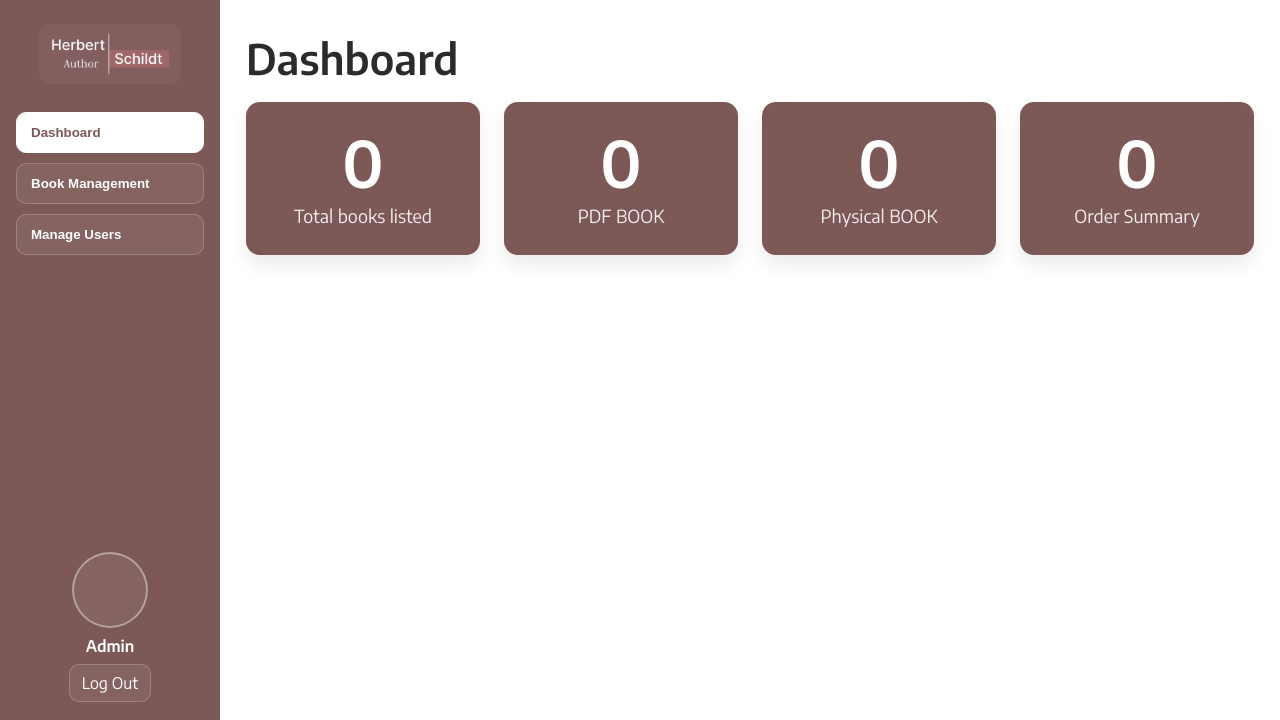
Repository: Darkrepo23/Author-Website-
Page: pages/Admin/admin.html
An editor plug-in stored every save of this project. The page is shown before and after the next save, followed by the edit.
The browser window is 1280 px wide. The pictures show the whole page.
The page's requests for data from a server got no answer.

Above is the page before, as saved 2025-09-11 08:15:57.

### pages/Admin/admin.html
<!DOCTYPE html>
<html lang="en">
<head>
  <meta charset="UTF-8" />
  <meta name="viewport" content="width=device-width, initial-scale=1.0" />
  <title>Admin | Herbert Schildt</title>
  <link rel="stylesheet" href="admin.css" />
  <link rel="preload" href="../font/Encode_Sans/static/EncodeSans-Regular.ttf" as="font" type="font/ttf" crossorigin>
  <link rel="preload" href="../font/Encode_Sans/static/EncodeSans-SemiBold.ttf" as="font" type="font/ttf" crossorigin>
</head>
<body>
  <aside class="sidebar">
    <div class="brand">
      <div class="brand-box">
        <img src="Group 10.png" alt="Herbert Schildt" class="brand-logo" />
      </div>
    </div>
    <button class="burger" id="burger" aria-label="Toggle menu">
      <span></span><span></span><span></span>
    </button>
    <nav class="menu">
      <button class="menu-item active" data-target="dashboard">Dashboard</button>
      <button class="menu-item" data-target="books">Book Management</button>
      <button class="menu-item" data-target="users">Manage Users</button>
    </nav>
    <div class="admin-profile">
      <div class="avatar" aria-hidden="true"></div>
      <div class="admin-name">Admin</div>
      <a href="../Login/pages/login.html" class="logout">Log Out</a>
    </div>
  </aside>

  <main class="content">
    <!-- DASHBOARD -->
    <section id="dashboard" class="section visible">
      <h1>Dashboard</h1>
      <div class="cards">
        <div class="card">
          <div class="card-num" id="stat-total-books">0</div>
          <div class="card-label">Total books listed</div>
        </div>
        <div class="card">
          <div class="card-num" id="stat-pdf">0</div>
          <div class="card-label">PDF BOOK</div>
        </div>
        <div class="card">
          <div class="card-num" id="stat-physical">0</div>
          <div class="card-label">Physical BOOK</div>
        </div>
        <div class="card">
          <div class="card-num" id="stat-orders">0</div>
          <div class="card-label">Order Summary</div>
        </div>
      </div>
    </section>

    <!-- BOOK MANAGEMENT -->
    <section id="books" class="section">
      <div class="section-head">
        <h1>Book Management</h1>
        <button class="primary" id="btn-open-add-book">
          <span class="icon-book" aria-hidden="true"></span>
          Add Book
        </button>
      </div>
      <div class="table-wrap">
        <table class="table">
          <thead>
            <tr>
              <th>Book Title</th>
              <th>Category</th>
              <th>Price</th>
              <th>Book Type</th>
              <th>Edit</th>
              <th>Delete</th>
            </tr>
          </thead>
          <tbody id="books-tbody"></tbody>
        </table>
      </div>
    </section>

    <!-- USERS -->
    <section id="users" class="section">
      <h1>Manage Users</h1>
      <div class="table-wrap">
        <table class="table">
          <thead>
            <tr>
              <th>Full Name</th>
              <th>Email</th>
              <th>Purchase Books</th>
              <th>Date Joined</th>
              <th>View</th>
            </tr>
          </thead>
          <tbody id="users-tbody"></tbody>
        </table>
      </div>
    </section>
  </main>

  <!-- Add/Edit Book Modal -->
  <div class="modal" id="book-modal" aria-hidden="true" role="dialog" aria-labelledby="book-modal-title">
    <div class="modal-card">
      <div class="modal-head">
        <h2 id="book-modal-title">Add New Books</h2>
        <button class="icon-close" id="book-modal-close" aria-label="Close"></button>
      </div>
      <div class="modal-body add-book-grid">
        <div class="book-image">
         <div class="img-cover"></div>
          <label class="secondary file-btn">
            <input type="file" id="book-cover" accept="image/*" hidden />
            Upload Image Book
          </label>
          <div class="field">
            <label>Book Type</label>
            <select id="book-type">
              <option value="PDF">PDF BOOK</option>
              <option value="PHYSICAL">PHYSICAL BOOK</option>
            </select>
          </div>
          <label class="secondary file-btn">
            <input type="file" id="book-pdf" accept="application/pdf" hidden />
            Upload PDF
          </label>
          <div class="physical-link">
            <input type="text" placeholder="Paste the website link" id="web-link">
          </div>
        </div>
        <form id="book-form" class="book-form" autocomplete="off">
          <div class="field">
            <label>Title</label>
            <input id="book-title" type="text" required />
          </div>
          <div class="field">
            <label>Description</label>
            <textarea id="book-description" rows="6"></textarea>
          </div>
          <div class="grid-3">
            <div class="field">
              <label>Price</label>
              <input id="book-price" type="number" step="0.01" min="0" required />
            </div>
            <div class="field">
              <label>Category</label>
              <input id="book-category" type="text" required />
            </div>
            <div class="field">
              <label>Rating</label>
              <input id="book-rating" type="number" step="0.1" min="0" max="5" />
            </div>
          </div>
          <div class="grid-3">
            <div class="field">
              <label>Year</label>
              <input id="book-year" type="number" min="1900" max="2100" />
            </div>
            <div class="field">
              <label>Pages</label>
              <input id="book-pages" type="number" min="1" />
            </div>
            <div class="field">
              <label>ISBN</label>
              <input id="book-isbn" type="text" />
            </div>
          </div>
          <div class="modal-actions">
            <button type="button" class="secondary" id="book-cancel">Go Back</button>
            <button type="submit" class="primary" id="book-submit">Add New Book</button>
          </div>
        </form>
      </div>
    </div>
  </div>

  <!-- User Details Modal -->
  <div class="modal" id="user-modal" aria-hidden="true" role="dialog" aria-labelledby="user-modal-title">
    <div class="modal-card">
      <div class="modal-head">
        <h2 id="user-modal-title">User Information</h2>
        <button class="icon-close" id="user-modal-close" aria-label="Close"></button>
      </div>
      <div class="modal-body">
        <div class="user-info">
          <div class="line"><span>Full Name:</span><b id="u-fullname"></b></div>
          <div class="line"><span>Email:</span><b id="u-email"></b></div>
          <div class="line"><span>Date Joined:</span><b id="u-joined"></b></div>
          <h3>Purchase Book</h3>
          <div id="u-books" class="chips"></div>
        </div>
        <div class="modal-actions gap">
          <button class="secondary" id="user-block">Block Account</button>
          <button class="danger" id="user-delete">Delete Account</button>
        </div>
      </div>
    </div>
  </div>

  <script src="admin.js"></script>
</body>
</html>

### pages/Admin/admin.js
/* Minimal, readable JS for the Admin dashboard. Uses localStorage for demo data. */
(function(){
  "use strict";

  const $ = (sel, root=document) => root.querySelector(sel);
  const $$ = (sel, root=document) => Array.from(root.querySelectorAll(sel));

  const SECTIONS = {
    dashboard: $('#dashboard'),
    books: $('#books'),
    users: $('#users')
  };

  const STORAGE_KEYS = {
    books: 'hs_books',
    users: 'hs_users',
    orders: 'hs_orders'
  };

  function getData(key, fallback){
    try{ return JSON.parse(localStorage.getItem(key)) ?? fallback; }catch{ return fallback; }
  }
  function setData(key, value){ localStorage.setItem(key, JSON.stringify(value)); }

  // Seed demo data if empty
  async function seed() {
    const seeded = getData('hs_seeded', false);
    if (seeded) return;

    try {
        const response = await fetch("http://127.0.0.1:5000/get-books");
        if (!response.ok) throw new Error("Failed to fetch books");

        const books = await response.json();
        setData(STORAGE_KEYS.books, books); // Save fetched books in localStorage

        const listArea = document.getElementById("listArea");
        listArea.innerHTML = ""; // Clear existing content

        books.forEach(book => {
            const bookDiv = document.createElement("div");
            bookDiv.classList.add("book-item");

            bookDiv.innerHTML = `
                <h3>${book.title}</h3>
                <p>Author: ${book.author}</p>
                <p>Category: ${book.category}</p>
                <p>Price: $${book.price}</p>
                <p>Rating: ${book.rating}</p>
                <img src="${book.image}" alt="${book.title}" width="100">
            `;

            listArea.appendChild(bookDiv);
        });

        setData('hs_seeded', true); // Mark as seeded
    } catch (error) {
        console.error("Error loading books:", error);
    }
}

// Call on page load
window.addEventListener("DOMContentLoaded", seed);

  function switchSection(target){
    Object.values(SECTIONS).forEach(s => s.classList.remove('visible'));
    SECTIONS[target].classList.add('visible');
    $$('.menu-item').forEach(b => b.classList.toggle('active', b.dataset.target===target));
  }

  // Dashboard counters
  function refreshStats(){
    const books = getData(STORAGE_KEYS.books, []);
    const total = books.length;
    const pdf = books.filter(b => b.type==='PDF').length;
    const physical = books.filter(b => b.type==='PHYSICAL').length;
    const orders = getData(STORAGE_KEYS.orders, 0);
    $('#stat-total-books').textContent = total;
    $('#stat-pdf').textContent = pdf;
    $('#stat-physical').textContent = physical;
    $('#stat-orders').textContent = orders;
  }

  // BOOK MANAGEMENT
  function renderBooks(){
    const tbody = $('#books-tbody');
    const books = getData(STORAGE_KEYS.books, []);
    tbody.innerHTML = books.map(b => `
      <tr>
        <td>${b.title}</td>
        <td>${b.category}</td>
        <td>$${Number(b.price).toFixed(2)}</td>
        <td>${b.type}</td>
        <td><button data-action="edit" data-id="${b.id}">EDIT</button></td>
        <td><button data-action="delete" data-id="${b.id}">DELETE</button></td>
      </tr>
    `).join('');
  }

  function openBookModal(editId){
    const modal = $('#book-modal');
    const titleEl = $('#book-modal-title');
    const submitBtn = $('#book-submit');
    const form = $('#book-form');
    const typeSel = $('#book-type');
    const fields = {
      title: $('#book-title'),
      description: $('#book-description'),
      price: $('#book-price'),
      category: $('#book-category'),
      rating: $('#book-rating'),
      year: $('#book-year'),
      pages: $('#book-pages'),
      isbn: $('#book-isbn')
    };
    form.reset();
    form.dataset.editId = editId || '';
    if(editId){
      const book = getData(STORAGE_KEYS.books, []).find(b => b.id===editId);
      if(book){
        titleEl.textContent = 'Edit Book';
        submitBtn.textContent = 'Save Changes';
        fields.title.value = book.title;
        fields.price.value = book.price;
        fields.category.value = book.category;
        typeSel.value = book.type;
      }
    } else {
      titleEl.textContent = 'Add New Books';
      submitBtn.textContent = 'Add New Book';
    }
    modal.classList.add('show');
    modal.setAttribute('aria-hidden', 'false');
  }

  function closeBookModal(){
    const modal = $('#book-modal');
    modal.classList.remove('show');
    modal.setAttribute('aria-hidden', 'true');
  }

  function handleBookSubmit(e){
    e.preventDefault();
    const books = getData(STORAGE_KEYS.books, []);
    const typeSel = $('#book-type');
    const newData = {
      title: $('#book-title').value.trim(),
      category: $('#book-category').value.trim(),
      price: Number($('#book-price').value || 0),
      type: typeSel.value
    };
    const editId = e.currentTarget.dataset.editId;
    if(editId){
      const idx = books.findIndex(b => b.id===editId);
      if(idx>-1) books[idx] = {...books[idx], ...newData};
    }else{
      books.push({id: crypto.randomUUID(), ...newData});
    }
    setData(STORAGE_KEYS.books, books);
    closeBookModal();
    renderBooks();
    refreshStats();
  }

  function onBooksTableClick(e){
    const btn = e.target.closest('button');
    if(!btn) return;
    const id = btn.dataset.id;
    const action = btn.dataset.action;
    if(action==='edit') openBookModal(id);
    if(action==='delete'){
      const books = getData(STORAGE_KEYS.books, []);
      setData(STORAGE_KEYS.books, books.filter(b => b.id!==id));
      renderBooks();
      refreshStats();
    }
  }

  // USERS MANAGEMENT
  function renderUsers(){
    const tbody = $('#users-tbody');
    const users = getData(STORAGE_KEYS.users, []);
    tbody.innerHTML = users.map(u => `
      <tr>
        <td>${u.name}</td>
        <td>${u.email}</td>
        <td>${(u.purchases?.[0]||'').slice(0,16) || ''}</td>
        <td>${u.joined || ''}</td>
        <td><button data-action="view" data-id="${u.id}">View</button></td>
      </tr>
    `).join('');
  }

  function openUserModal(id){
    const users = getData(STORAGE_KEYS.users, []);
    const user = users.find(u => u.id===id);
    if(!user) return;
    $('#u-fullname').textContent = user.name;
    $('#u-email').textContent = user.email;
    $('#u-joined').textContent = user.joined || '';
    const chips = $('#u-books');
    chips.innerHTML = (user.purchases||[]).map(t => `<span class="chip">${t}</span>`).join('');
    $('#user-delete').onclick = function(){
      setData(STORAGE_KEYS.users, users.filter(u => u.id!==id));
      closeUserModal();
      renderUsers();
    };
    $('#user-block').onclick = function(){
      const idx = users.findIndex(u => u.id===id);
      if(idx>-1){ users[idx].blocked = !users[idx].blocked; setData(STORAGE_KEYS.users, users); }
      closeUserModal();
      renderUsers();
    };
    $('#user-modal').classList.add('show');
    $('#user-modal').setAttribute('aria-hidden','false');
  }

  function closeUserModal(){
    $('#user-modal').classList.remove('show');
    $('#user-modal').setAttribute('aria-hidden','true');
  }

  function onUsersTableClick(e){
    const btn = e.target.closest('button');
    if(!btn) return;
    if(btn.dataset.action==='view') openUserModal(btn.dataset.id);
  }

  // NAV + responsive sidebar
  function setupNav(){
    $$('.menu-item').forEach(b => b.addEventListener('click', ()=> switchSection(b.dataset.target)));
    $('#btn-open-add-book').addEventListener('click', ()=> openBookModal());
    $('#books-tbody').addEventListener('click', onBooksTableClick);
    $('#users-tbody').addEventListener('click', onUsersTableClick);
    $('#book-modal-close').addEventListener('click', closeBookModal);
    $('#book-cancel').addEventListener('click', closeBookModal);
    $('#book-form').addEventListener('submit', handleBookSubmit);
    $('#user-modal-close').addEventListener('click', closeUserModal);
    $('#burger').addEventListener('click', ()=> $('.sidebar').classList.toggle('open'));
  }

  // init
  seed();
  setupNav();
  renderBooks();
  renderUsers();
  refreshStats();
})();

Loaded but not shown: pages/Admin/admin.css (451 lines, source omitted)

After the next save:
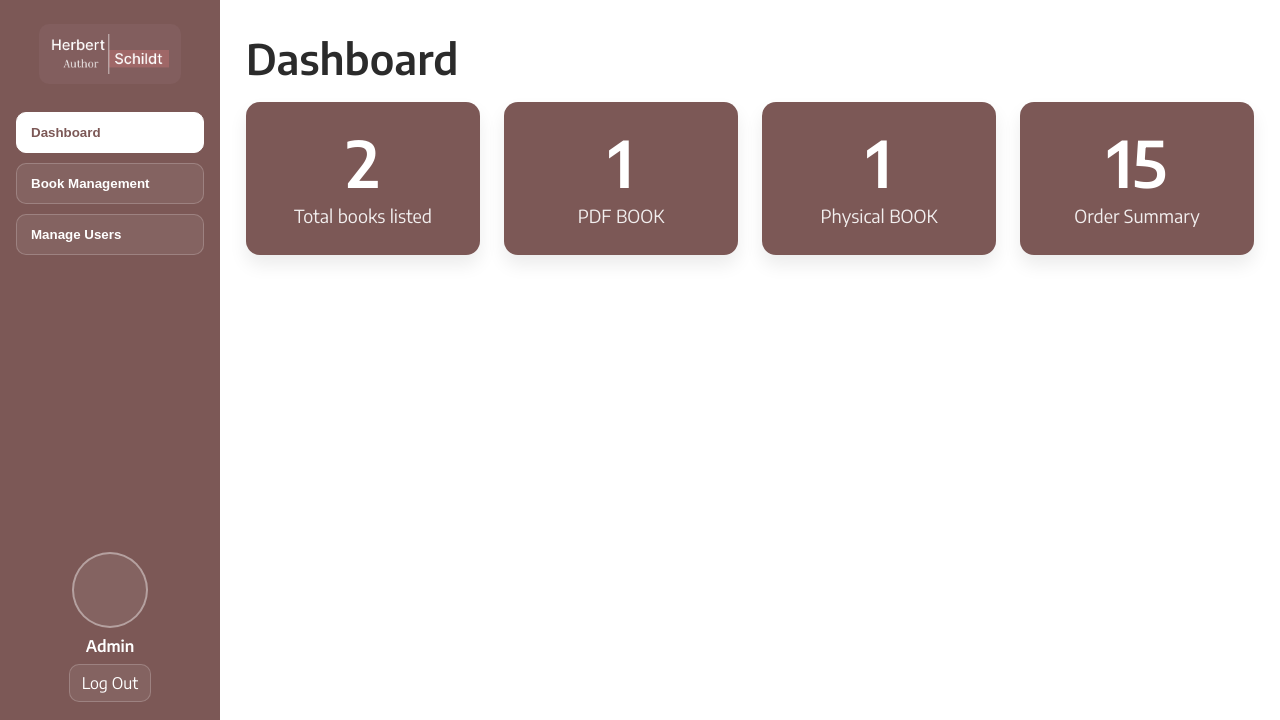
Saved 48 s later.
--- a/pages/Admin/admin.js
+++ b/pages/Admin/admin.js
@@ -23,44 +23,22 @@
   function setData(key, value){ localStorage.setItem(key, JSON.stringify(value)); }
 
   // Seed demo data if empty
-  async function seed() {
+  function seed(){
     const seeded = getData('hs_seeded', false);
-    if (seeded) return;
-
-    try {
-        const response = await fetch("http://127.0.0.1:5000/get-books");
-        if (!response.ok) throw new Error("Failed to fetch books");
-
-        const books = await response.json();
-        setData(STORAGE_KEYS.books, books); // Save fetched books in localStorage
-
-        const listArea = document.getElementById("listArea");
-        listArea.innerHTML = ""; // Clear existing content
-
-        books.forEach(book => {
-            const bookDiv = document.createElement("div");
-            bookDiv.classList.add("book-item");
-
-            bookDiv.innerHTML = `
-                <h3>${book.title}</h3>
-                <p>Author: ${book.author}</p>
-                <p>Category: ${book.category}</p>
-                <p>Price: $${book.price}</p>
-                <p>Rating: ${book.rating}</p>
-                <img src="${book.image}" alt="${book.title}" width="100">
-            `;
-
-            listArea.appendChild(bookDiv);
-        });
-
-        setData('hs_seeded', true); // Mark as seeded
-    } catch (error) {
-        console.error("Error loading books:", error);
-    }
-}
-
-// Call on page load
-window.addEventListener("DOMContentLoaded", seed);
+    if(seeded) return;
+    const demoBooks = [
+      {id: crypto.randomUUID(), title:'C: The Complete Reference', category:'C Programming', price:49.99, type:'PDF'},
+      {id: crypto.randomUUID(), title:'Java: The Complete Reference', category:'Java Programming', price:59.99, type:'PHYSICAL'}
+    ];
+    const demoUsers = [
+      {id: crypto.randomUUID(), name:'C: The Compl...', email:'c@example.com', purchases:['Java Programming..'], joined:'10/11/2025', blocked:false},
+    ];
+    const demoOrders = 15;
+    setData(STORAGE_KEYS.books, demoBooks);
+    setData(STORAGE_KEYS.users, demoUsers);
+    setData(STORAGE_KEYS.orders, demoOrders);
+    setData('hs_seeded', true);
+  }
 
   function switchSection(target){
     Object.values(SECTIONS).forEach(s => s.classList.remove('visible'));

After the save that followed:
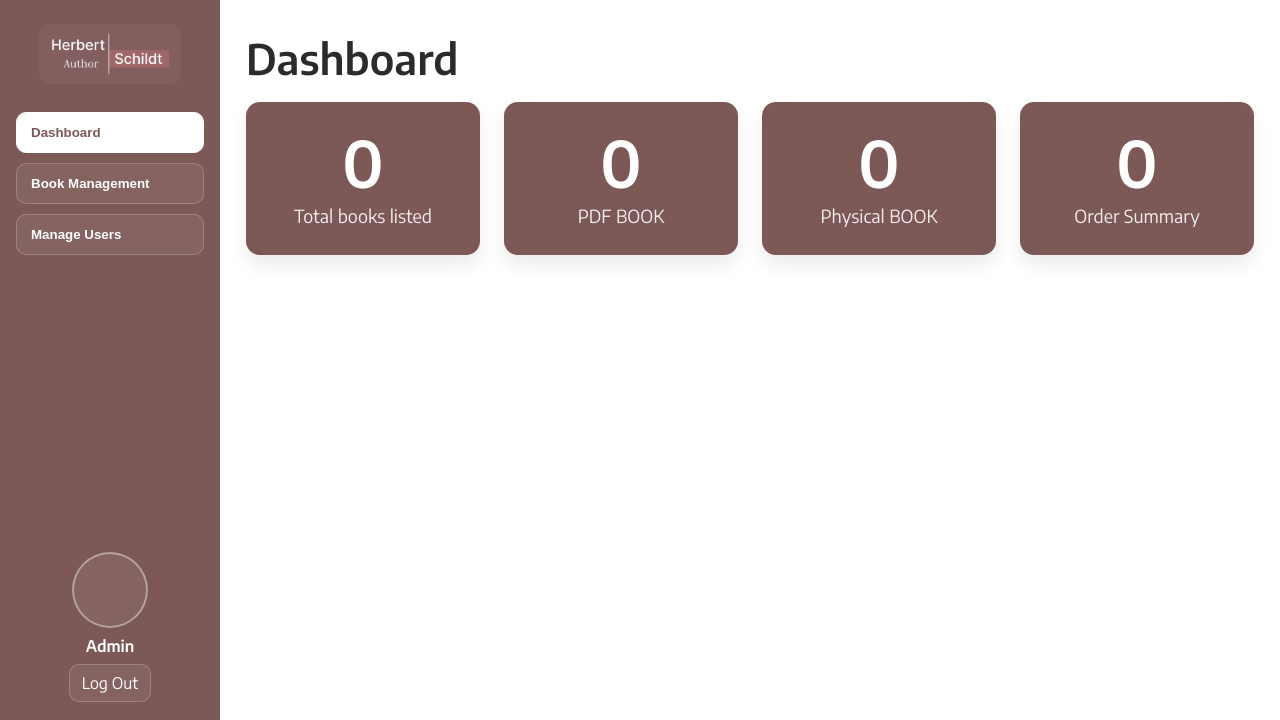
Console error: ReferenceError: seed is not defined
Saved 52 s later.
--- a/pages/Admin/admin.js
+++ b/pages/Admin/admin.js
@@ -23,22 +23,22 @@
   function setData(key, value){ localStorage.setItem(key, JSON.stringify(value)); }
 
   // Seed demo data if empty
-  function seed(){
-    const seeded = getData('hs_seeded', false);
-    if(seeded) return;
-    const demoBooks = [
-      {id: crypto.randomUUID(), title:'C: The Complete Reference', category:'C Programming', price:49.99, type:'PDF'},
-      {id: crypto.randomUUID(), title:'Java: The Complete Reference', category:'Java Programming', price:59.99, type:'PHYSICAL'}
-    ];
-    const demoUsers = [
-      {id: crypto.randomUUID(), name:'C: The Compl...', email:'c@example.com', purchases:['Java Programming..'], joined:'10/11/2025', blocked:false},
-    ];
-    const demoOrders = 15;
-    setData(STORAGE_KEYS.books, demoBooks);
-    setData(STORAGE_KEYS.users, demoUsers);
-    setData(STORAGE_KEYS.orders, demoOrders);
-    setData('hs_seeded', true);
-  }
+  // function seed(){
+  //   const seeded = getData('hs_seeded', false);
+  //   if(seeded) return;
+  //   const demoBooks = [
+  //     {id: crypto.randomUUID(), title:'C: The Complete Reference', category:'C Programming', price:49.99, type:'PDF'},
+  //     {id: crypto.randomUUID(), title:'Java: The Complete Reference', category:'Java Programming', price:59.99, type:'PHYSICAL'}
+  //   ];
+  //   const demoUsers = [
+  //     {id: crypto.randomUUID(), name:'C: The Compl...', email:'c@example.com', purchases:['Java Programming..'], joined:'10/11/2025', blocked:false},
+  //   ];
+  //   const demoOrders = 15;
+  //   setData(STORAGE_KEYS.books, demoBooks);
+  //   setData(STORAGE_KEYS.users, demoUsers);
+  //   setData(STORAGE_KEYS.orders, demoOrders);
+  //   setData('hs_seeded', true);
+  // }
 
   function switchSection(target){
     Object.values(SECTIONS).forEach(s => s.classList.remove('visible'));
